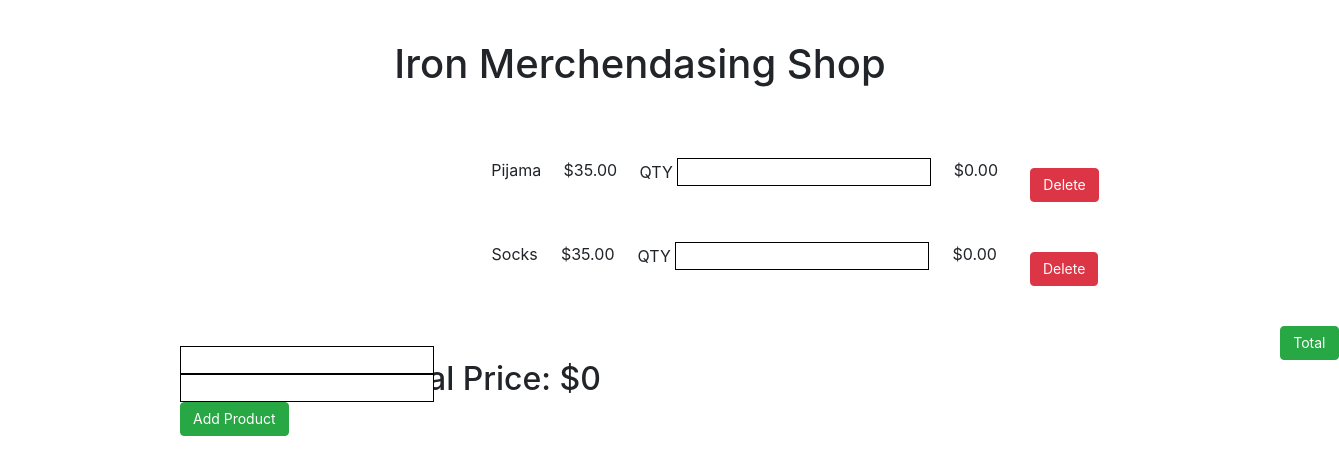
Repository: konstantin0s/lab-cart-DOM
Page: index.html
An editor plug-in stored every save of this project. The page is shown before and after the next save, followed by the edit.
The browser window is 1280 px wide. The page is 1339 px wide, so the pictures cover 1339 px, including what lies to the right of the window. The pictures show the whole page.
Some web libraries are served in a nearby version.

Above is the page before, as saved 2019-02-04 09:47:44.
Console error: TypeError: Cannot set properties of null (setting 'onclick')

After the next save:
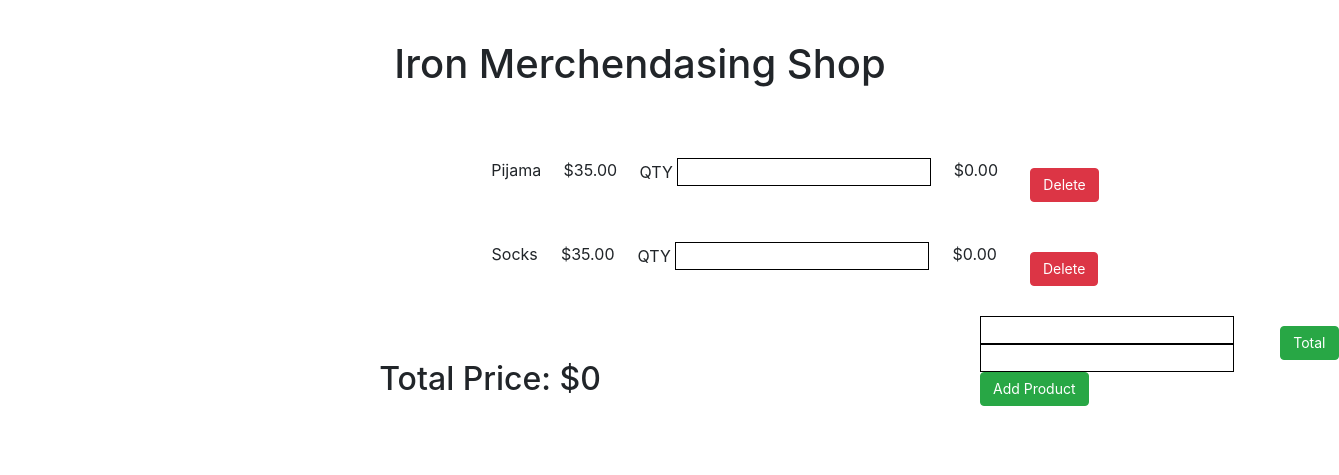
Saved 4 s later.
--- a/css/style.css
+++ b/css/style.css
@@ -126,8 +126,8 @@
 } */
 
 #addNewProd {
-  /* display: flex;
-  flex-direction: column;
+  /* /* display: flex;
+  flex-direction: column; */
   justify-content: center; */
   position: relative;
   float: right;

After the 2 saves that followed:
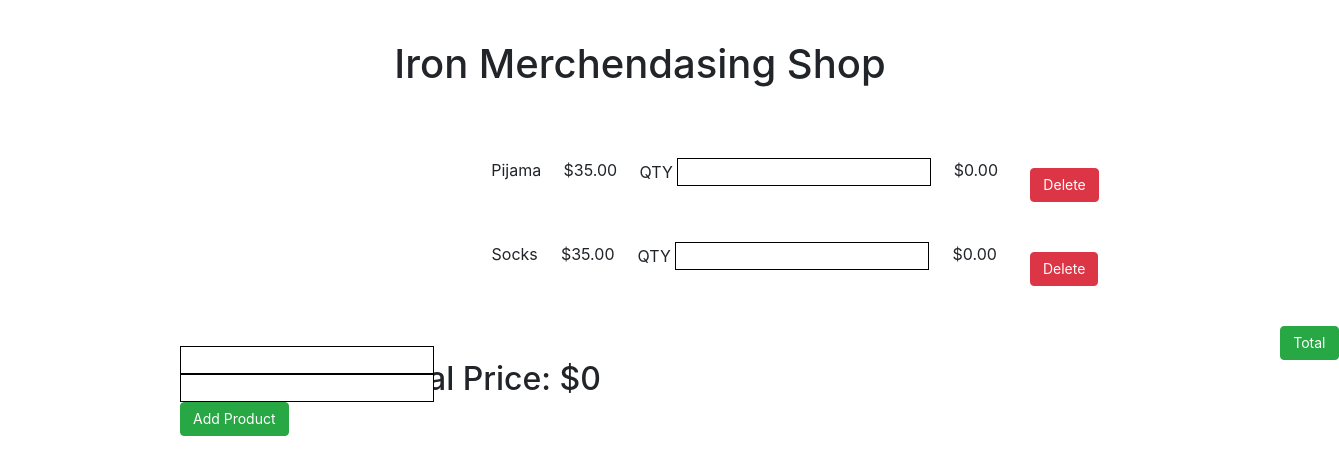
The 2 saves are shown as one change because 1 left the picture as it was.
The last was saved 15 s later.
--- a/css/style.css
+++ b/css/style.css
@@ -126,9 +126,9 @@
 } */
 
 #addNewProd {
-  /* /* display: flex;
-  flex-direction: column; */
-  justify-content: center; */
+  display: flex;
+  flex-direction: row;
+  justify-content: center;
   position: relative;
   float: right;
   left: -800px;
